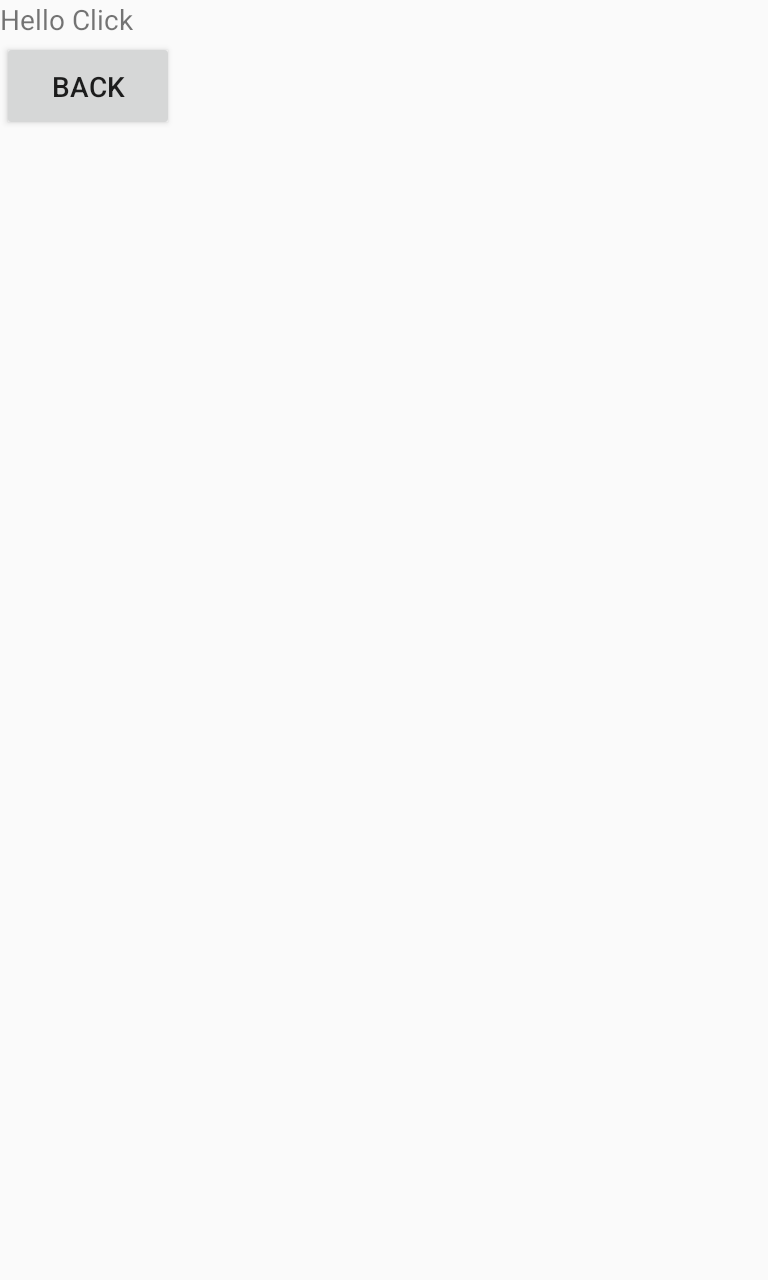
Repository: shivamgeek/Android-Code-Examples
Layout: fragment/res/layout/longfrag.xml
An editor plug-in stored every save of this project. The layout is shown before and after the next save, followed by the edit.
It is drawn on a 768 x 1280 px phone screen (xhdpi) without system bars, with theme AppTheme; the app's code is not run.

Above is the layout before, as saved 2015-08-05 17:06:59.

After the next save:
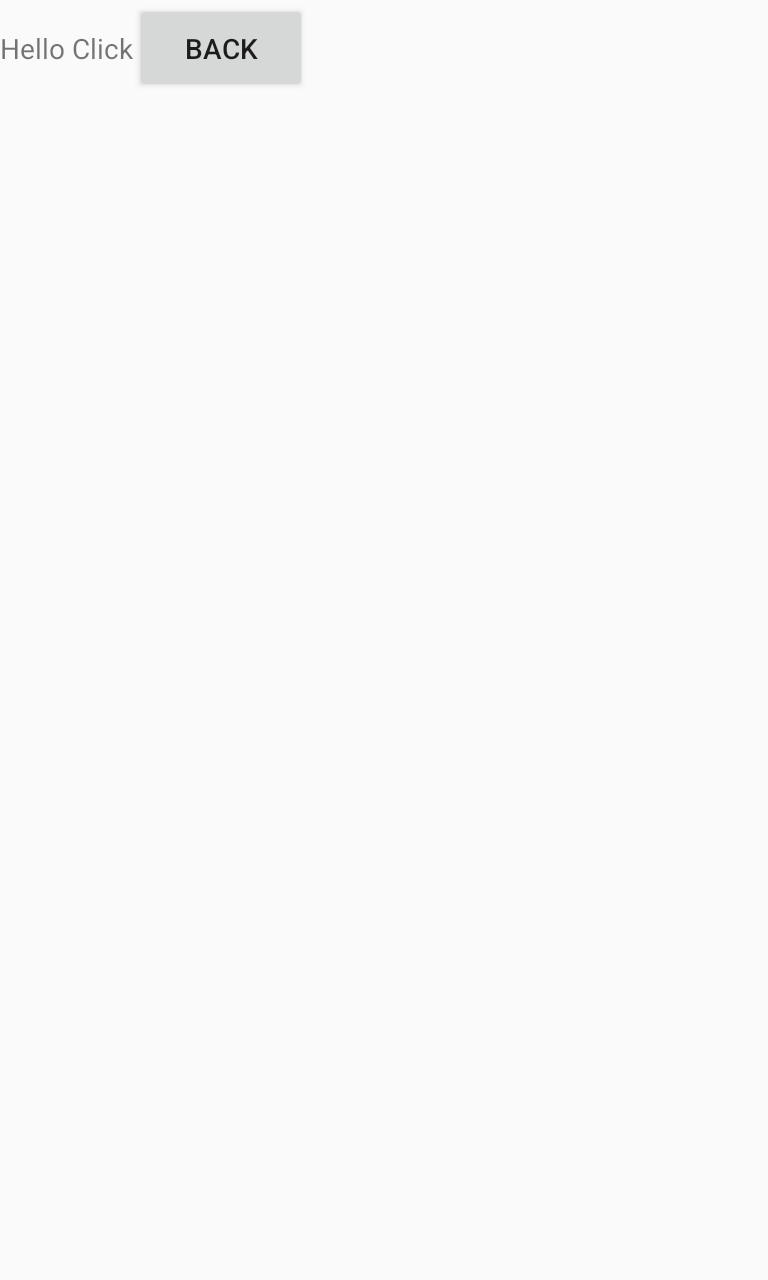
Saved 98 s later.
--- a/fragment/res/layout/longfrag.xml
+++ b/fragment/res/layout/longfrag.xml
@@ -2,7 +2,7 @@
 <LinearLayout xmlns:android="http://schemas.android.com/apk/res/android"
     android:layout_width="match_parent"
     android:layout_height="match_parent"
-    android:orientation="vertical" >
+    android:orientation="horizontal" >
 
     <TextView
         android:id="@+id/textView1"

After the save that followed:
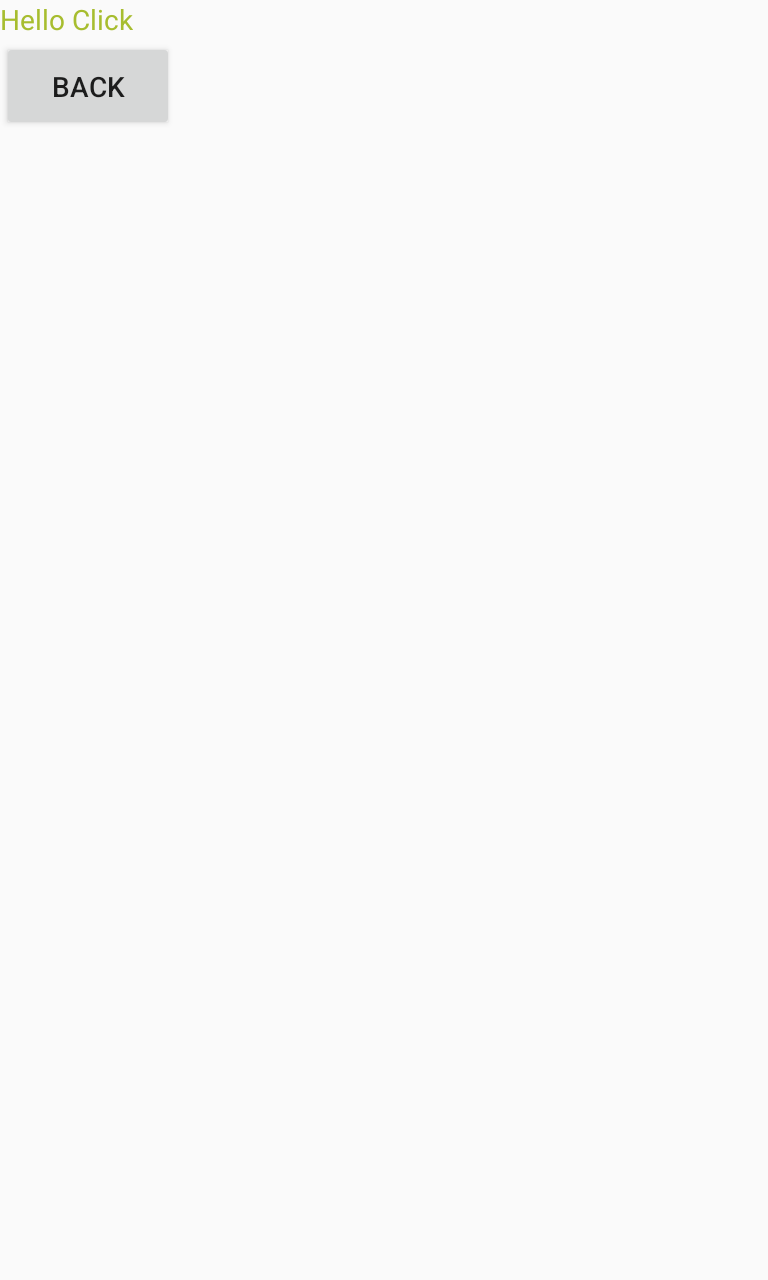
Saved 5 min 8 s later.
--- a/fragment/res/layout/longfrag.xml
+++ b/fragment/res/layout/longfrag.xml
@@ -2,13 +2,14 @@
 <LinearLayout xmlns:android="http://schemas.android.com/apk/res/android"
     android:layout_width="match_parent"
     android:layout_height="match_parent"
-    android:orientation="horizontal" >
+    android:orientation="vertical" >
 
     <TextView
         android:id="@+id/textView1"
         android:layout_width="wrap_content"
         android:layout_height="wrap_content"
-        android:text="Hello Click" />
+        android:text="Hello Click"
+        android:textColor="#a7bd2f" />
 
     <Button
         android:id="@+id/button1"
